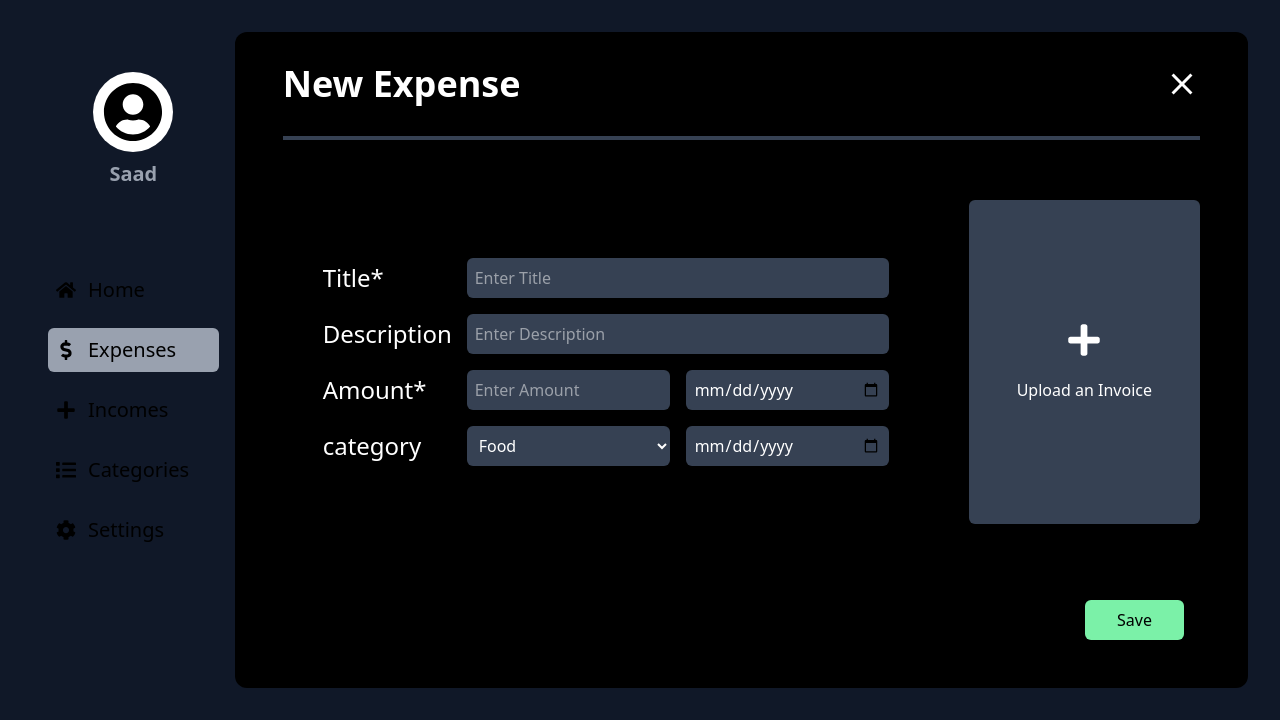
Repository: saad-naveed-brainx/Expense
Page: /expenses
These files come from the project's save history. The page is drawn as it stood at one moment and after a run of saves; the edit follows.
The browser window is 1280 px wide. The pictures show the whole page.
The project was rebuilt for these pictures with package versions that can differ from the ones it lists, and the page was loaded fresh each time. Also part of the build but not shown: vite.config.js, src/components/LandingPage.jsx, src/components/NotUsed.jsx.

Above is the page before, as saved 2025-09-04 17:32:37.

After the next 2 saves:
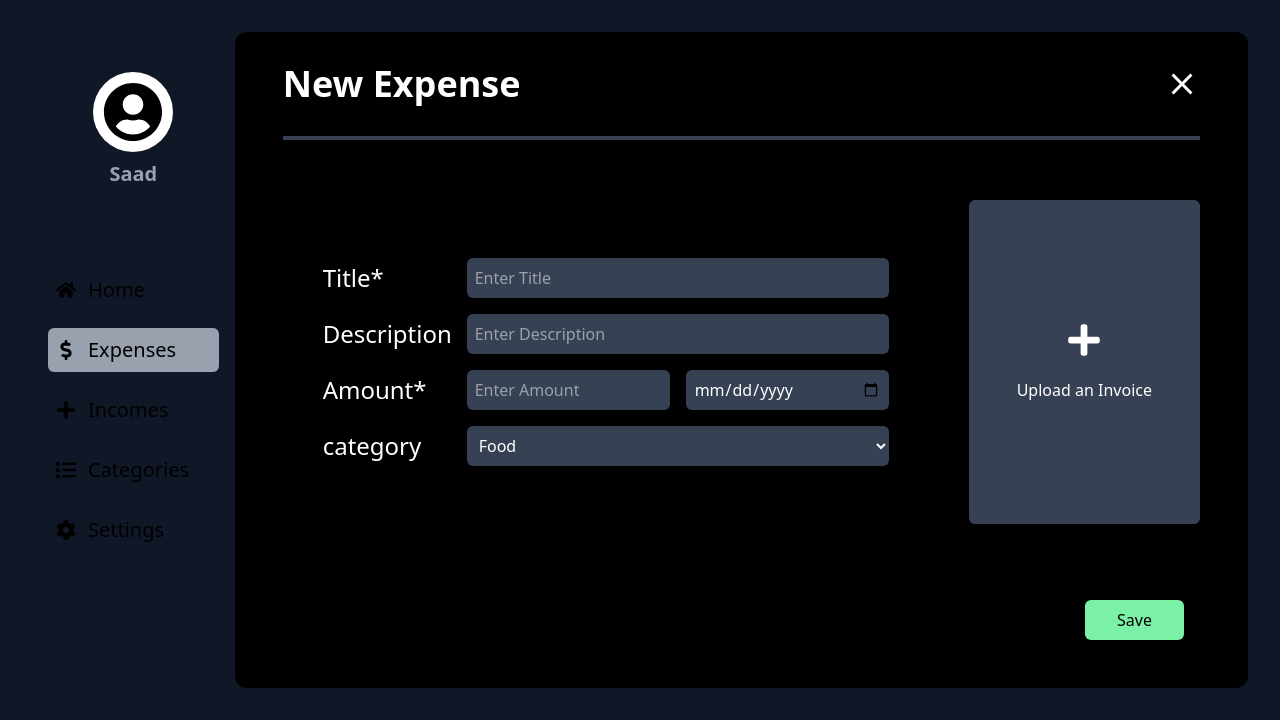
The 2 saves are shown as one change because they came seconds apart.
The last was saved 11 s later.
--- a/src/components/Expenses.jsx
+++ b/src/components/Expenses.jsx
@@ -55,7 +55,6 @@ export default function Expenses() {
                 <option value="housing">Housing</option>
                 <option value="utilities">Utilities</option>
               </select>
-              <input type="date"  placeholder='Select Date' className='bg-gray-700 rounded-md p-2 flex-1 min-w-0' {...register("date", {required:true})} />
             </div>
           </form>
         </div>
